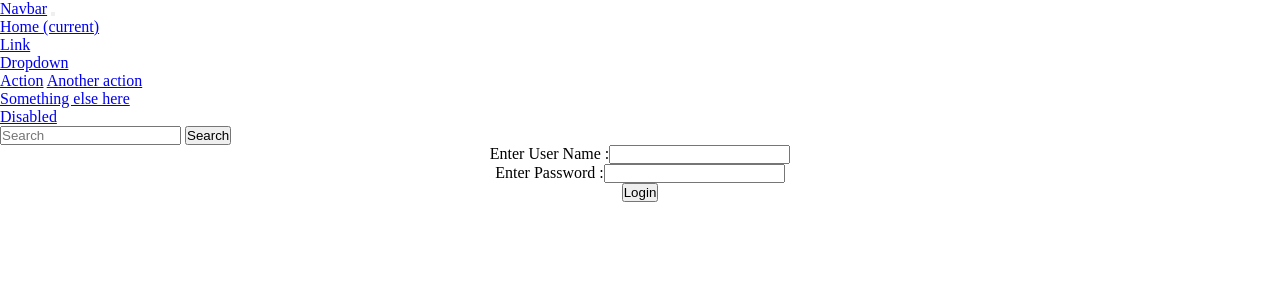
Repository: MyselfAman/Login_Page_Servlet
Page: http://localhost/Login_Page/login.jsp
An editor plug-in stored every save of this project. The page is shown before and after the next save, followed by the edit.
The browser window is 1280 px wide. The pictures show the whole page.
The page is served by Tomcat 9.

Above is the page before, as saved 2019-08-08 03:51:37.

After the next save:
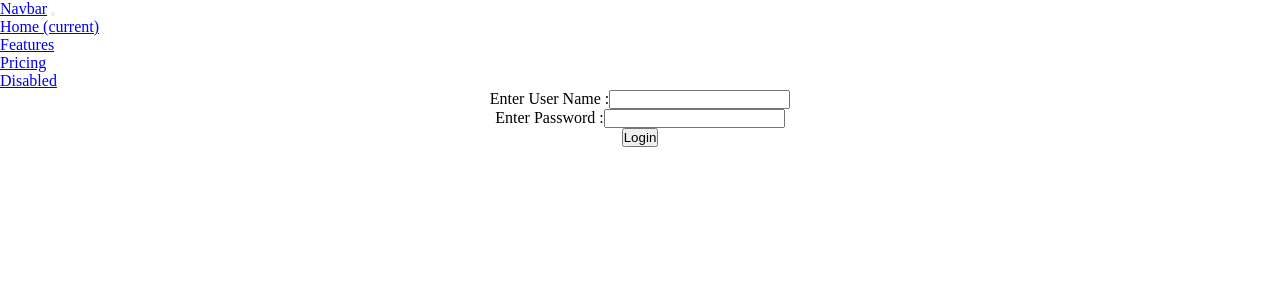
Saved 46 s later.
--- a/Login_Page/WebContent/login.jsp
+++ b/Login_Page/WebContent/login.jsp
@@ -10,37 +10,24 @@
 <body>
 <nav class="navbar navbar-expand-lg navbar-light bg-light">
   <a class="navbar-brand" href="#">Navbar</a>
-  <button class="navbar-toggler" type="button" data-toggle="collapse" data-target="#navbarSupportedContent" aria-controls="navbarSupportedContent" aria-expanded="false" aria-label="Toggle navigation">
+  <button class="navbar-toggler" type="button" data-toggle="collapse" data-target="#navbarNav" aria-controls="navbarNav" aria-expanded="false" aria-label="Toggle navigation">
     <span class="navbar-toggler-icon"></span>
   </button>
-
-  <div class="collapse navbar-collapse" id="navbarSupportedContent">
-    <ul class="navbar-nav mr-auto">
+  <div class="collapse navbar-collapse" id="navbarNav">
+    <ul class="navbar-nav">
       <li class="nav-item active">
         <a class="nav-link" href="#">Home <span class="sr-only">(current)</span></a>
       </li>
       <li class="nav-item">
-        <a class="nav-link" href="#">Link</a>
+        <a class="nav-link" href="#">Features</a>
       </li>
-      <li class="nav-item dropdown">
-        <a class="nav-link dropdown-toggle" href="#" id="navbarDropdown" role="button" data-toggle="dropdown" aria-haspopup="true" aria-expanded="false">
-          Dropdown
-        </a>
-        <div class="dropdown-menu" aria-labelledby="navbarDropdown">
-          <a class="dropdown-item" href="#">Action</a>
-          <a class="dropdown-item" href="#">Another action</a>
-          <div class="dropdown-divider"></div>
-          <a class="dropdown-item" href="#">Something else here</a>
-        </div>
+      <li class="nav-item">
+        <a class="nav-link" href="#">Pricing</a>
       </li>
       <li class="nav-item">
         <a class="nav-link disabled" href="#" tabindex="-1" aria-disabled="true">Disabled</a>
       </li>
     </ul>
-    <form class="form-inline my-2 my-lg-0">
-      <input class="form-control mr-sm-2" type="search" placeholder="Search" aria-label="Search">
-      <button class="btn btn-outline-success my-2 my-sm-0" type="submit">Search</button>
-    </form>
   </div>
 </nav>
 
